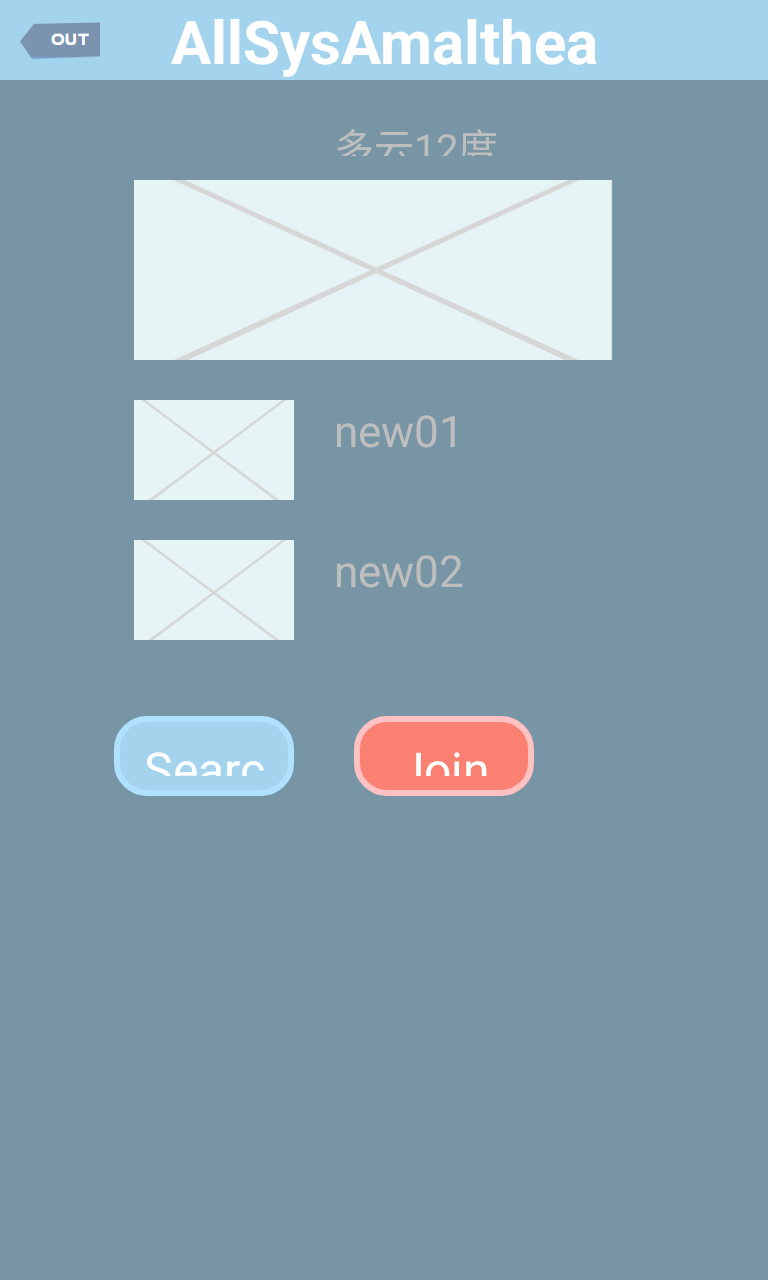
Repository: AllSysAmalthea/AllSys
Layout: APP/AppUI code/代码/Allsys/res/layout/activity_regular.xml
An editor plug-in stored every save of this project. The layout is shown before and after the next save, followed by the edit.
It is drawn on a 768 x 1280 px phone screen (xhdpi) without system bars, with theme android:Theme.NoTitleBar; the app's code is not run.

Above is the layout before, as saved 2015-06-08 02:48:36.

After the next save:
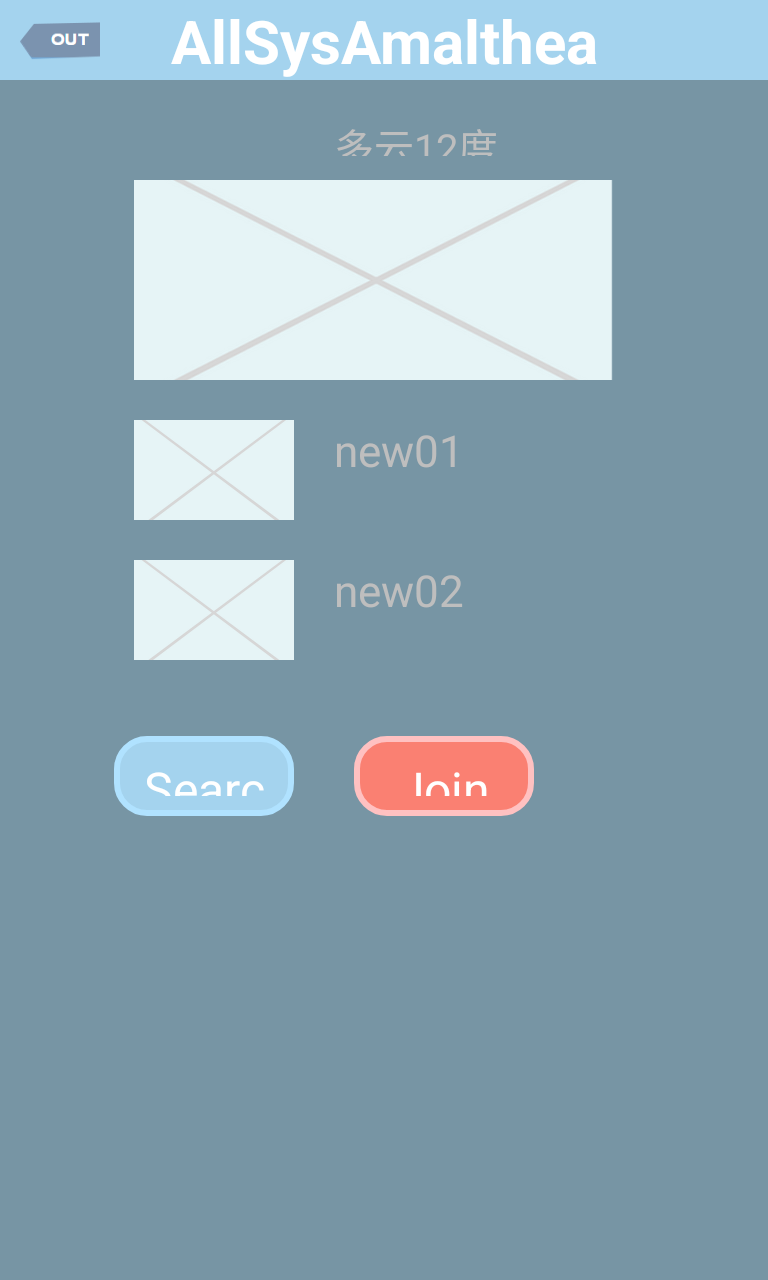
Saved 8 s later.
--- a/APP/AppUI code/代码/Allsys/res/layout/activity_regular.xml
+++ b/APP/AppUI code/代码/Allsys/res/layout/activity_regular.xml
@@ -85,7 +85,7 @@
     <ImageView
         android:id="@+id/myImageView1"
         android:layout_width="500px"
-        android:layout_height="180px"
+        android:layout_height="200px"
         android:layout_below="@+id/textView4"
         android:layout_centerHorizontal="true"
         android:layout_marginTop="12dp"
